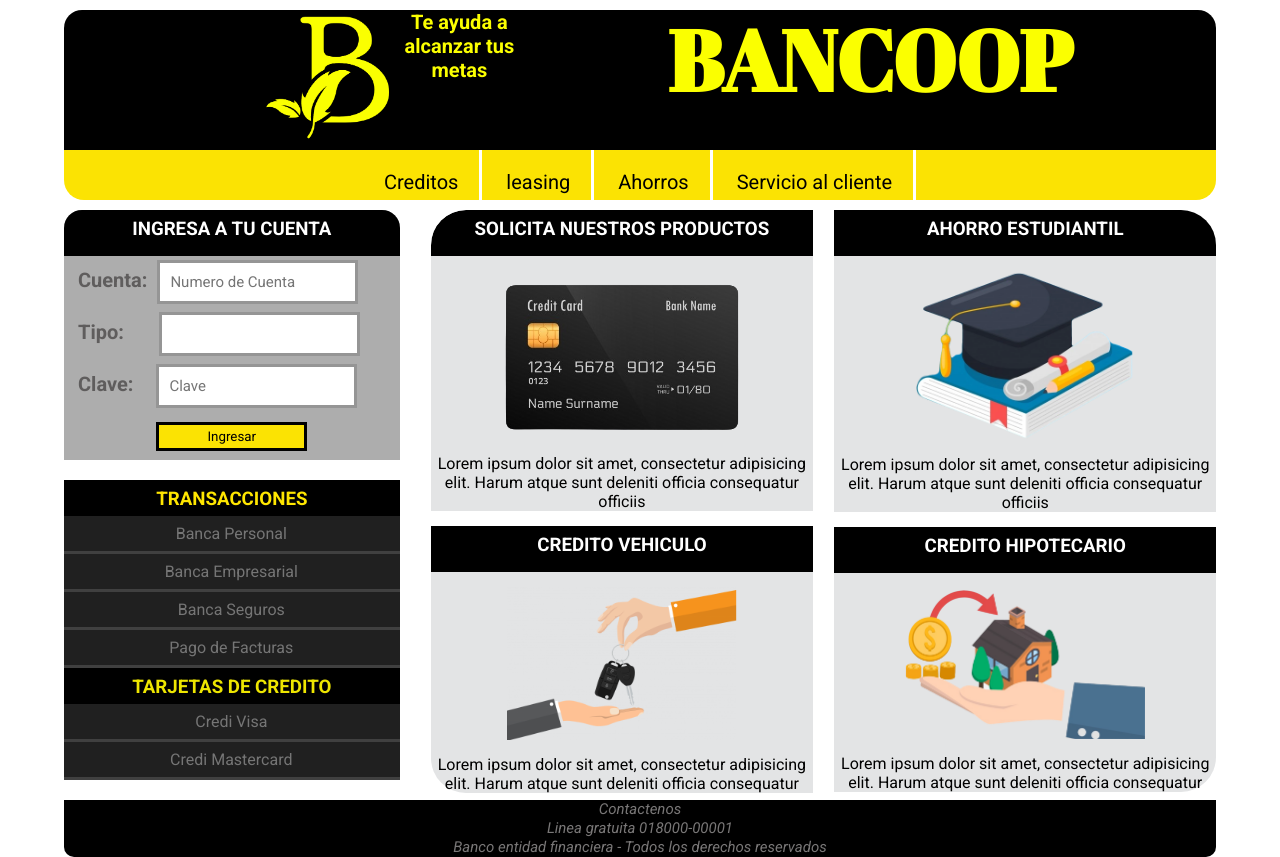
Repository: NickArregoces/BANCOOP
Page: Index.html
These files come from the project's save history. The page is drawn as it stood at one moment and after a run of saves; the edit follows.
The browser window is 1280 px wide. The pictures show the whole page.

Above is the page before, as saved 2021-10-08 21:41:32.

After the next 4 saves:
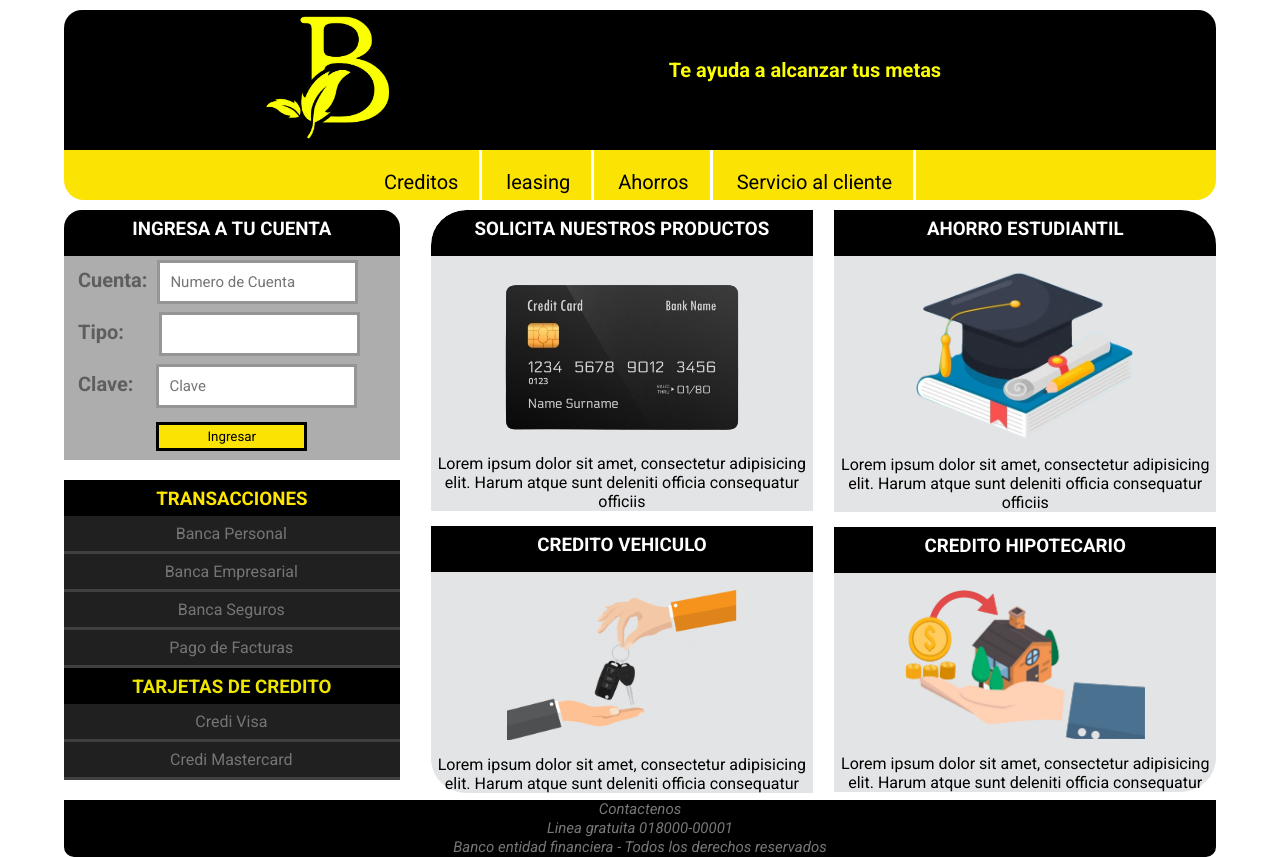
The 4 saves are shown as one change because they came seconds apart.
The last was saved 13 s later.
--- a/CSS/Style.css
+++ b/CSS/Style.css
@@ -24,10 +24,9 @@ header{
         width: 130px;
         margin-left: 200px;
     }
-    .title{
-
-    }
-    header h1{
+
+    }
+    header     .title h1{
         float: right;
         width: 60%;
         margin-top: 20px;
